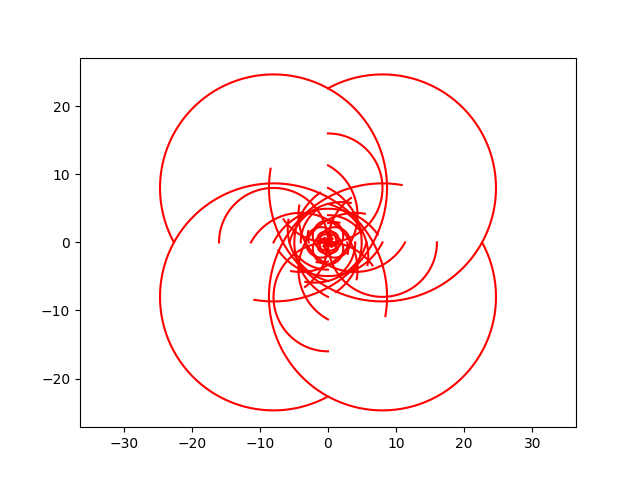
Repository: lbylzkx/Circle-Point-Manuscript
Script's output: python 卍spiral.py
The author's editor kept a copy of each file at every save. The script's output is drawn from the files as they stood at one save, then again after the next save.
Random numbers start from a fixed seed.

Above is the script's output before, as saved 2023-09-25 16:46:57.

After the next save:
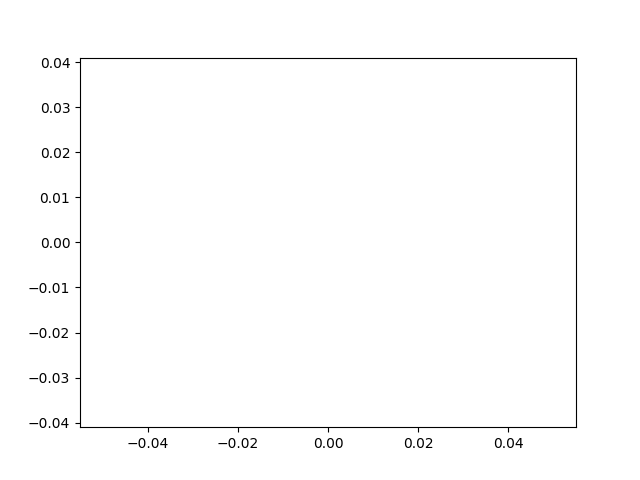
Saved 62 s later.
--- a/卍spiral.py
+++ b/卍spiral.py
@@ -64,16 +64,16 @@ def loutus_x_to_inverse(n, thelta=0):
 def loutus_y_to_inverse(n, thelta=0):
     return np.sqrt(2)**n*np.sin(n*np.pi/4+np.pi/4+thelta)
 
-
+# anticlockwise
 # for alpha in range(0, 4):
 #     for n in range(-10, 9):
 #         arc((loutus_x_center(n, alpha*np.pi/2), loutus_y_center(n, alpha*np.pi/2)),
 #             (x_position(n, alpha*np.pi/2), y_position(n, alpha*np.pi/2)), (loutus_x_to(n, alpha*np.pi/2), loutus_y_to(n, alpha*np.pi/2)), 'r')
 
-for alpha in range(0, 4):
-    for n in range(-10, 9):
-        arc((loutus_x_center_inverse(n, alpha*np.pi/2), loutus_y_center_inverse(n, alpha*np.pi/2)),
-            (loutus_x_from_inverse(n, alpha*np.pi/2), loutus_y_from_inverse(n, alpha*np.pi/2)), (loutus_x_to_inverse(n, alpha*np.pi/2), loutus_y_to_inverse(n, alpha*np.pi/2)), 'r')
+# for alpha in range(0, 4):
+#     for n in range(-10, 9):
+#         arc((loutus_x_center_inverse(n, alpha*np.pi/2), loutus_y_center_inverse(n, alpha*np.pi/2)),
+#             (loutus_x_from_inverse(n, alpha*np.pi/2), loutus_y_from_inverse(n, alpha*np.pi/2)), (loutus_x_to_inverse(n, alpha*np.pi/2), loutus_y_to_inverse(n, alpha*np.pi/2)), 'r')
 
 
 # arc((loutus_x_center_inverse(8, alpha*np.pi/2), loutus_y_center_inverse(8, alpha*np.pi/2)),
